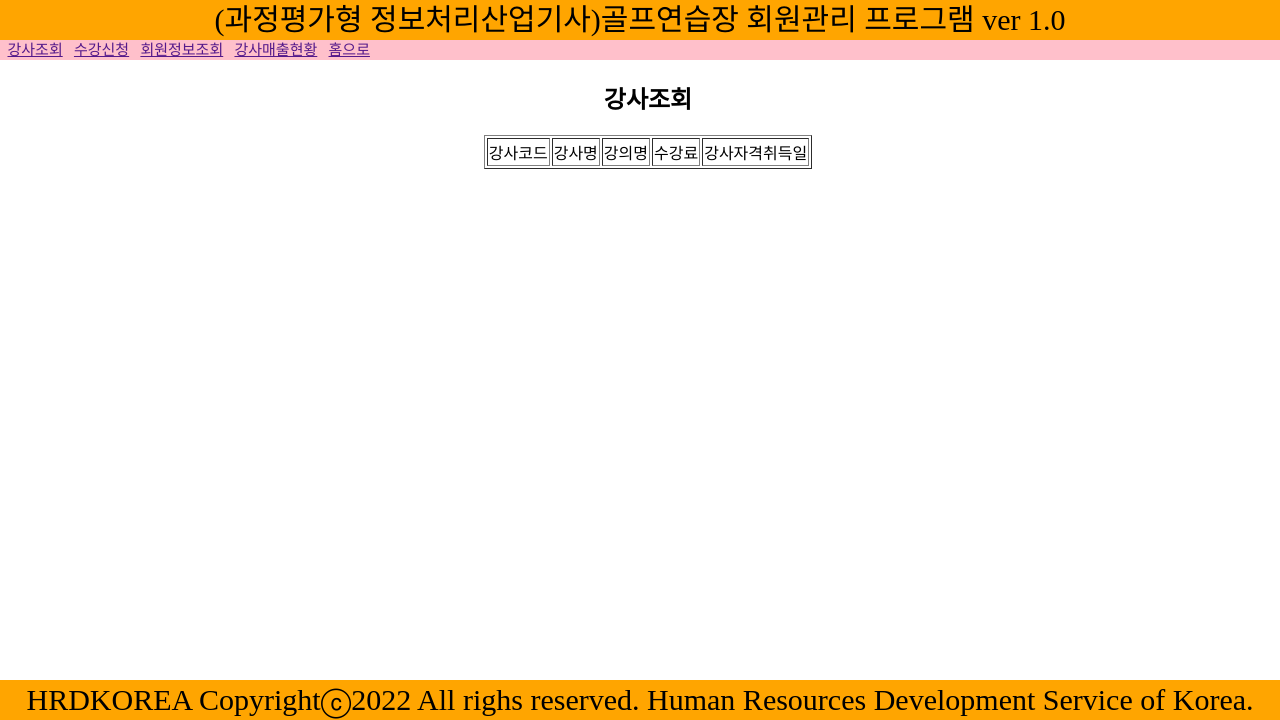
Repository: YeoJeongmo/hrdKorea
Page: http://localhost/HRD_1/teacher_salary.jsp
An editor plug-in stored every save of this project. The page is shown before and after the next save, followed by the edit.
The browser window is 1280 px wide. The pictures show the whole page.
The page is served by Tomcat 9. Queries for data that is not in the repository find no rows.

Above is the page before, as saved 2024-09-04 12:01:01.

After the next save:
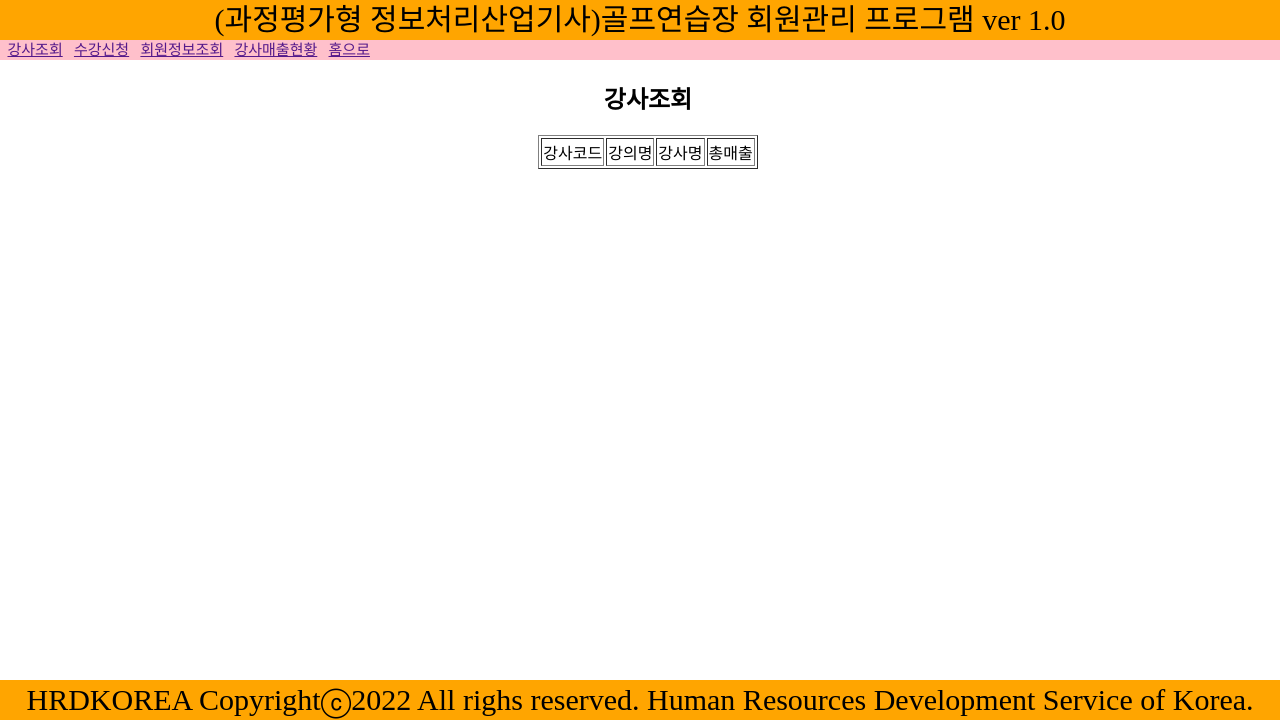
Saved 55 s later.
--- a/cbq_05/workspace/HRD_1/src/main/webapp/teacher_salary.jsp
+++ b/cbq_05/workspace/HRD_1/src/main/webapp/teacher_salary.jsp
@@ -16,10 +16,9 @@
 	<table border="1">
 		<tr>
 			<td> 강사코드 </td>
+			<td> 강의명 </td>
 			<td> 강사명 </td>
-			<td> 강의명 </td>
-			<td> 수강료 </td>
-			<td> 강사자격취득일 </td>
+			<td> 총매출 </td>
 		</tr>
 <%
 request.setCharacterEncoding("UTF-8");
